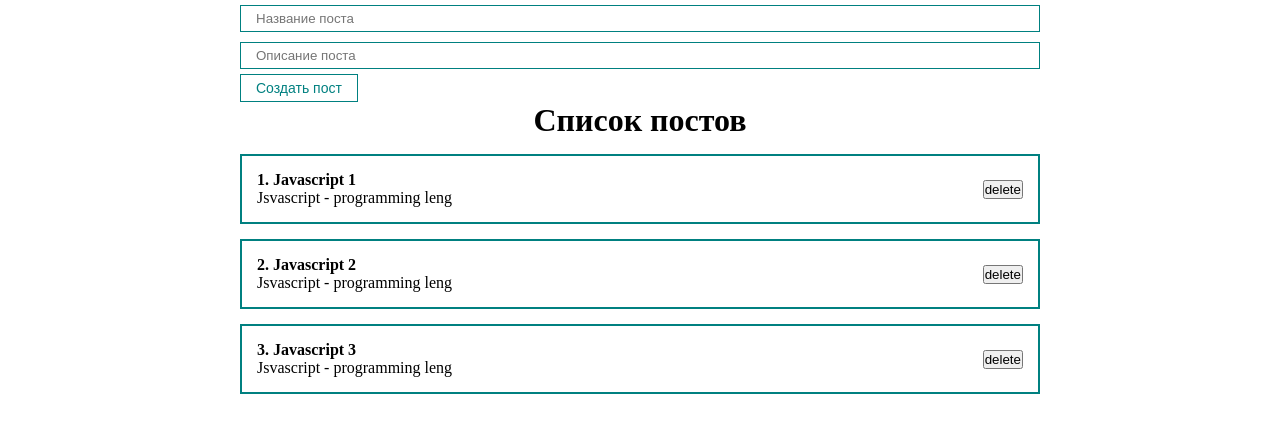
Repository: tsydikov/reactTodo
Page: /
The author's editor kept a copy of each file at every save. The page is drawn from the files as they stood at one save, then again after the next save.
The browser window is 1280 px wide. The pictures show the whole page.
The project was rebuilt for these pictures with package versions that can differ from the ones it lists, and the page was loaded fresh each time.

Above is the page before, as saved 2021-08-29 12:57:24.

### public/index.html
<!DOCTYPE html>
<html lang="en">
  <head>
    <meta name="viewport" content="width=device-width, initial-scale=1" />
    <title>React App</title>
  </head>
  <body>
    <noscript>You need to enable JavaScript to run this app.</noscript>
    <div id="root"></div>
  </body>
</html>

### src/App.js
import React, { useState } from 'react'

import PostList from './components/PostList'
import './styles/App.css'
import MyButton from './UI/button/MyButton';
import MyInput from './UI/input/MyInput';

function App() {
  const [posts, setPosts] = useState([
    { id: 1, title: 'Javascript 1', body: 'Jsvascript - programming leng' },
    { id: 2, title: 'Javascript 2', body: 'Jsvascript - programming leng' },
    { id: 3, title: 'Javascript 3', body: 'Jsvascript - programming leng' }
  ])
  const[title,setTitle] = useState('')
  const addNewPost = (e) => {
    e.preventDefault()
    console.log(title)
  }

  return (
    <div className="App">
      <form>
        <MyInput
          onChange={e => setTitle(e.target.value)}
          value={title}
          type="text"
          placeholder="Название поста"
        />
        <MyInput type="text" placeholder="Описание поста" />
        <MyButton onClick={addNewPost} >Создать пост</MyButton>
      </form>
      <PostList posts={posts} title="Список постов" />
    </div>
  );
}

export default App;

### src/components/PostList.jsx
import React from "react";
import PostItem from './PostItem'
const PostList = ({ posts, title }) => {
    return (
        <div>
            <h1 style={{ textAlign: 'center' }}>
                {title}
            </h1>
            {posts.map(post =>
                <PostItem post={post} key={post.id} />
            )}
        </div>
    )
}

export default PostList;

### src/UI/button/MyButton.jsx
import React from "react";
import classes from "./MyButton.module.css";

const MyButton = ({ children, ...props }) => {
    return (
        <button {...props} className={classes.myBtn}>
            {children}
        </button>
    )
}

export default MyButton;

### src/UI/input/MyInput.jsx
import React from "react";
import classes from "./MyInput.module.css";

const MyInput = (props) => {
    return (
        <input className={classes.myInput} {...props} />
    )
}

export default MyInput;

### src/components/PostItem.jsx
import React from "react";

const PostItem = (props) => {
    return (
        <div className="post">
            <div className="post__content">
                <strong>{props.post.id}. {props.post.title}</strong>
                <div>
                    {props.post.body}
                </div>
            </div>
            <div className="post__btn">
                <button outlined >delete</button>
            </div>
        </div>
    )
}

export default PostItem;

Loaded but not shown: src/index.js (common file); src/styles/App.css (common file); src/UI/button/MyButton.module.css (common file); src/UI/input/MyInput.module.css (common file)

After the next save:
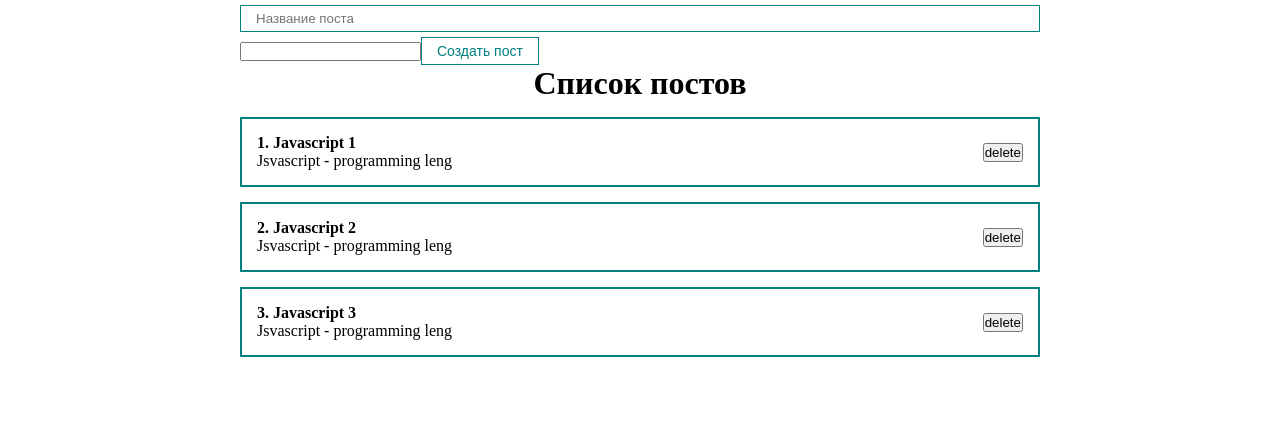
Saved 3 min 51 s later.
--- a/src/App.js
+++ b/src/App.js
@@ -1,5 +1,4 @@
-import React, { useState } from 'react'
-
+import React, { useRef, useState } from 'react'
 import PostList from './components/PostList'
 import './styles/App.css'
 import MyButton from './UI/button/MyButton';
@@ -12,9 +11,13 @@
     { id: 3, title: 'Javascript 3', body: 'Jsvascript - programming leng' }
   ])
   const[title,setTitle] = useState('')
+
+  const bodyInputRef = useRef()
+
   const addNewPost = (e) => {
     e.preventDefault()
     console.log(title)
+    console.log(bodyInputRef.current.value)
   }
 
   return (
@@ -26,7 +29,12 @@
           type="text"
           placeholder="Название поста"
         />
-        <MyInput type="text" placeholder="Описание поста" />
+        <input ref={bodyInputRef} type="text" />
+        {/* <MyInput
+          ref={bodyInputRef}
+          type="text"
+          placeholder="Описание поста"
+        /> */}
         <MyButton onClick={addNewPost} >Создать пост</MyButton>
       </form>
       <PostList posts={posts} title="Список постов" />

After the save that followed:
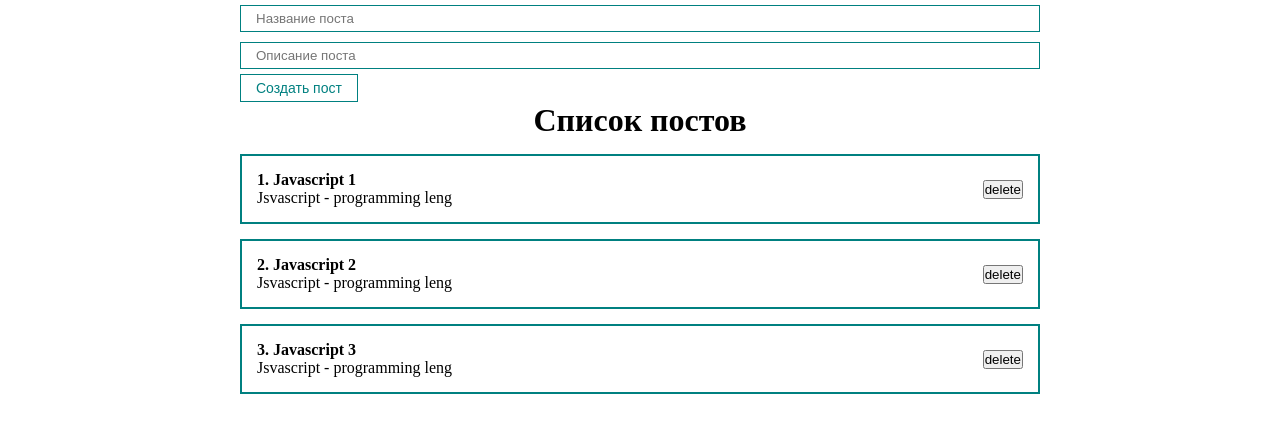
Saved 66 s later.
--- a/src/App.js
+++ b/src/App.js
@@ -29,12 +29,11 @@
           type="text"
           placeholder="Название поста"
         />
-        <input ref={bodyInputRef} type="text" />
-        {/* <MyInput
+        <MyInput
           ref={bodyInputRef}
           type="text"
           placeholder="Описание поста"
-        /> */}
+        />
         <MyButton onClick={addNewPost} >Создать пост</MyButton>
       </form>
       <PostList posts={posts} title="Список постов" />
